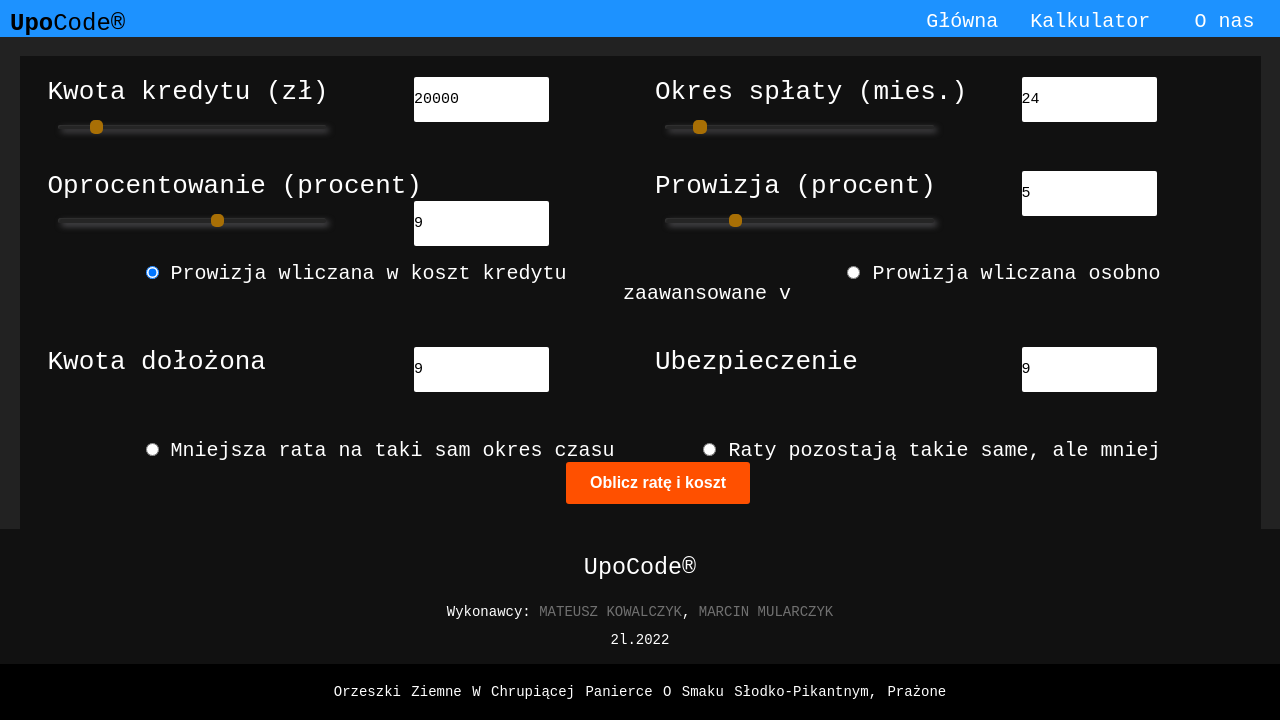
Repository: Klemingway/egzamin
Page: kalkulator.html
The author's editor kept a copy of each file at every save. The page is drawn from the files as they stood at one save, then again after the next save.
The browser window is 1280 px wide. The pictures show the whole page.

Above is the page before, as saved 2023-01-25 12:19:59.

### kalkulator.html
<!DOCTYPE html>
<html lang="pl">

<head>
    <meta charset="UTF-8">
    <meta http-equiv="X-UA-Compatible" content="IE=edge">
    <meta name="viewport" content="width=device-width, initial-scale=1.0">
    <link rel="stylesheet" href="style/styl.css">
    <link rel="shortcut icon" href="img/ikonna.png" type="image/x-icon">
    <script src="js/script.js"></script>
    <title>Bankowy</title>
</head>
<header>

    <div id="hod">
        <a style="text-decoration: none;color: white;" href="index.html">Główna</a>
        <a style="text-decoration: none;color: white;" href="kalkulator.html">Kalkulator</a> &puncsp;
        <div id="hod1"><a style="text-decoration: none; color: white;" href="bl.html">O nas</a></div>
    </div>
    <div id="hzd">
        <b>Upo</b>Code®
    </div>
</header>

<div id="gl">

    <div id="d1" class="d">
        Kwota kredytu (zł)
        <input type="text" name="kwota" pattern="[0-9]" id="kwota" class="wej" value="20000" onchange="document.getElementById('r1').value = this.value/1000"><br>
        <input type="range" min="1" max="150" value="20" id="r1" class="slider" oninput="document.getElementById('kwota').value = this.value*1000; ">
    </div>

    <div id="d2" class="d">
        Okres spłaty (mies.)
        <input type="text" name="splata" pattern="[0-9]" id="splata" class="wej" value="24" onchange="document.getElementById('r2').value = this.value"><br>
        <input type="range" min="12" max="120" value="24" id="r2" class="slider" oninput="document.getElementById('splata').value = this.value;">
    </div>


    <div id="d3" class="d">
        Oprocentowanie (procent)
        <input type="text" name="splata" pattern="[0-9]" id="oproc" class="wej" value="9" onchange="document.getElementById('r3').value = this.value*100"><br>
        <input type="range" min="1" max="1500" value="900" id="r3" class="slider" oninput="document.getElementById('oproc').value = this.value/100;">
    </div>

    <div id="d4" class="d">
        Prowizja (procent)
        <input type="text" name="prowiz" pattern="[0-9]" id="prowiz" class="wej" value="5" onchange="document.getElementById('r4').value = this.value"><br>
        <input type="range" min="0" max="20" value="5" id="r4" class="slider" oninput="document.getElementById('prowiz').value = this.value;">
    </div>

    <div id="d5" class="dradio">
        <label class="l1">
        <input type="radio" checked name="choice" value="wariant1" class="radio"> Prowizja wliczana w koszt kredytu
        </label>
        <label class="l2">
            <input type="radio" name="choice" value="wariant2" class="radio">
            Prowizja wliczana osobno
        </label>
    </div>
    <br>
    <div id="d6">
        <a onclick="zaawansowane()" style="margin-bottom: 100px;">zaawansowane v</a>
    </div>
    <div id="d8" class="d">
        Kwota dołożona
        <input type="text" name="kwotadodana" pattern="[0-9]" id="kwotadodana" class="wej" value="9">
    </div>
    <div id="d9" class="d">
        Ubezpieczenie
        <input type="text" name="ubezpieczenie" pattern="[0-9]" id="ubezpieczenie" class="wej" value="9">
    </div>
    <div id="d10" class="dradio">
        <label class="l1">
            <input type="radio" name="choice2" class="radio" value="rat_tyle_samo">
            Mniejsza rata na taki sam okres czasu
        </label>
        <label class="l2">
            <input type="radio" name="choice2" class="radio" value="rat_mniej">
            Raty pozostają takie same, ale mniej
        </label>
    </div>
    <div id="d7">
        <input type="button" id="guzik" value="Oblicz ratę i koszt" onclick="test()">
    </div>

</div>
<!-- <div id="wyniki">

</div> -->



<footer>
    <div id="zawfoot">
        <h3>UpoCode®</h3>
        <p>Wykonawcy: <span>Mateusz Kowalczyk</span>, <span>Marcin Mularczyk</span><br>2l.2022</p>

    </div>
    <div class="dol">
        <p>Orzeszki ziemne w chrupiącej panierce o smaku słodko-pikantnym, prażone

        </p>
    </div>
</footer>

</body>

</html>

### style/styl.css
html,
body {
    padding: 0;
    margin: 0;
    font-family: monospace;
    background-color: #222222;
    overflow-x: hidden;
    min-height: 100%;
}

body::-webkit-scrollbar {
    width: 0.6em;
}

body::-webkit-scrollbar-track {
    -webkit-box-shadow: inset 0 0 6px rgba(0, 0, 0, 0.3);
}

body::-webkit-scrollbar-thumb {
    background-color: rgb(255, 136, 0);
}

body::-webkit-scrollbar-thumb:hover {
    background: rgba(255, 136, 0, 0.582);
}


/* header */

header {
    z-index: 5;
    text-decoration: none;
    padding-top: 0.5em;
    position: sticky;
    top: 0;
    height: 5vh;
    background-color: #1d92ff;
    width: 100vw;
    font-size: 20px;
}

#hzd {
    font-size: 1.2em;
    padding-left: 10px;
    background-color: #1d92ff;
}

#hod {
    float: right;
    word-spacing: 20px;
    margin-right: 2vw;
}

#hod1 {
    float: right;
    word-spacing: 0px;
}

#fw {
    position: relative;
    margin-top: 20px;
}


/* koniec headera */

#gl {
    padding-top: 1.5em;
    padding-left: 2em;
    padding-bottom: 2em;
    justify-content: center;
    background-color: #111111;
    color: white;
    margin: 1.5em;
    min-height: 20vh;
}


/* #d1 {
    background-color: aqua;
}

#d2 {
    background-color: brown;
}

#d3 {
    background-color: olive;
}

#d4 {
    background-color: orangered;
} */

#gll {
    background-color: #ff5000;
    width: 100%;
    height: auto;
    border: #ff5000 1px solid;
}

.dradio {
    font-size: 20px;
    padding-top: 5px;
    padding-left: 5em;
    padding-right: 5em;
    width: 100%;
    margin-bottom: 1em;
    /* background-color: gold; */
}

.l1 {
    float: left;
}

.l2 {
    float: right;
}

#d6 {
    font-size: 20px;
    padding-top: 5px;
    width: 100%;
    text-align: center;
    margin-bottom: 2em;
    /* background-color: rgb(0, 255, 115); */
}

#d7 {
    margin: 5px;
    display: flex;
    width: 100%;
    justify-content: center;
}

.d {
    word-wrap: break-word;
    font-size: 2em;
    padding: 2px;
    width: 50%;
    float: left;
    min-height: 13vh;
    padding-right: 4em;
}

#wyniki {
    min-height: 25em;
    margin-bottom: 3em;
}


/* wejscia wyjscia */

.wej {
    float: right;
    border-radius: 2px;
    outline: none;
    border: none;
    font-family: monospace;
    height: 3em;
    width: 9em;
    font-size: 15px;
}

.slider {
    margin: 10px;
    -webkit-appearance: none;
    outline: none;
    border-radius: 3px;
    height: 0.6vh;
    width: 21vw;
    background-color: rgb(37, 37, 37);
    box-shadow: 3px 3px 6px rgb(89, 88, 92), inset 1px 1px 1px #313131;
}

.slider::-webkit-slider-thumb {
    -webkit-appearance: none;
    width: 1em;
    height: 1em;
    cursor: pointer;
    background-color: rgb(168, 111, 5);
    overflow: visible;
    border-radius: 5px;
}

#guzik {
    display: inline-block;
    outline: none;
    cursor: pointer;
    font-weight: 600;
    border-radius: 3px;
    padding: 12px 24px;
    border: 0;
    color: #fff;
    background: #ff5000;
    line-height: 1.15;
    font-size: 16px;
}

#guzik:hover {
    transition: all .1s ease;
    box-shadow: 0 0 0 0 #fff, 0 0 0 3px #1d92ff;
}


/* footer */

footer {
    position: absolute;
    bottom: 0;
    width: 100%;
    left: 0;
    right: 0;
    background: #111;
    height: auto;
    width: 100vW;
    font-family: monospace;
    padding-top: 20px;
    color: white;
}

#zawfoot {
    display: flex;
    align-items: center;
    justify-content: center;
    flex-direction: column;
    text-align: center;
}

#zawfoot h3 {
    font-size: 1.8rem;
    font-weight: 400;
    text-transform: capitalize;
    line-height: 3rem;
}

#zawfoot p {
    max-width: 500px;
    margin: 10px auto;
    line-height: 28px;
    font-size: 14px;
}

* {
    margin: 0;
    padding: 0;
    box-sizing: border-box;
}

.dol {
    background: #000;
    width: 100vw;
    padding: 20px 0;
    text-align: center;
}

.dol p {
    font-size: 14px;
    word-spacing: 2px;
    text-transform: capitalize;
}

#zawfoot span {
    text-transform: uppercase;
    opacity: .4;
    font-weight: 200;
}


/* koniec footera */

@media (max-width: 650px) {
    .d {
        padding-right: 1em;
        width: 100%;
        padding-bottom: 0;
        margin-bottom: 1.5em;
    }
    .slider {
        width: 100%;
    }
    .wej {
        width: 100%;
    }
    #gl {
        padding: 1em;
    }
    footer {
        position: relative;
    }
    #d5 {
        text-align: center;
    }
}

### js/script.js




function zaokrongl(variable) {
    return Math.round(variable * 100) / 100;
}
document.addEventListener('mouseup', function(e) {
    if(e.target.id == "dwd"){
        zamknij();
    }
    else if(e.target.id == "dwd2"){
        zamknij1();
    }
});
function tableCreate2(splata, k, oprocentowanie, kwota, rata, prowizja, kwota_dodana) {
    console.log("kwota: " + kwota);
    //tu sie dzieje magia sztańska i wgl ale no uwu
    var a = document.getElementById("wyniki2");
    // czyszczenie diva
    a.innerHTML = '';
    //ustawiamy sobie stałą
    const wyniki = document.a,
    // do tej stałej tworzymy element div
    div = document.createElement('div');
    // ustawiamy id diva jako tabela
    div.setAttribute("id", "tabela");
    //tworzymy tabele
    tbl = document.createElement('table');
    // dopisujemy tabele do diva
    div.appendChild(tbl);
    tbl.style.width = '110px';
    tbl.style.border = '1px solid black';

    var odsetki = 0,   suma_odsetek = 0,    suma = 0;
    var kapital = 0,   suma = 0,            kwota_kredytu=0;

    var element1 = document.getElementById('advanced2');
    var choice2 = document.getElementsByName('choice2');
    if(element1!==null && choice2[1].checked==true){
        kwota_kredytu= kwota - kwota_dodana;
        console.log("kwota+kredytu: " + kwota_kredytu)
    }
    else{
        kwota_kredytu = kwota;
        console.log("kwota+kredytu: " + kwota_kredytu)
    }
    // prosta pętla myśle że nic nie trzeba tłumaczyć
    loop1:
    for (let i = 0; i <= splata; i++) {
        const tr = tbl.insertRow();
        loop2:
        for (let j = 0; j < 4; j++) {
            odsetki = (oprocentowanie / k) * kwota_kredytu;


            kapital = rata - odsetki;
            const td = tr.insertCell();
            if (i == 0 && j == 0) {
                td.appendChild(document.createTextNode("L.p."));
                td.style.fontSize = '20px';
            } else if (i == 0 && j == 1) {
                td.appendChild(document.createTextNode("Odsetki"));
                td.style.fontSize = '20px';
            } else if (i == 0 && j == 2) {
                td.appendChild(document.createTextNode("Kapitał"));
                td.style.fontSize = '20px';
            } else if (i == 0 && j == 3) {
                td.appendChild(document.createTextNode("Wysokość raty"));
                td.style.fontSize = '20px';
            }
            if (j == 0 && i != 0) {
                if(kapital>=rata){
                    break loop1;
                }
                td.appendChild(document.createTextNode(i));
            } else if (j == 1 && i != 0) {
                suma_odsetek += odsetki;
                td.appendChild(document.createTextNode(zaokrongl(odsetki)));
            } else if (j == 2 && i != 0) {
                kwota_kredytu -= kapital;
                td.appendChild(document.createTextNode(zaokrongl(kapital)));
            } else if (j == 3 && i != 0) {
                suma += rata;
                td.appendChild(document.createTextNode(rata));
            }
            td.style.border = '1px solid black';

        }
    }
    console.log("Suma: "+suma)
    console.log("Suma odsetek: "+suma_odsetek)
    a.appendChild(div);
}
function obliczanie(I,N,oprocentowanie,choice,n,zaplata,prowizja,suma,k,kwota_dodana){
    var choice2 = document.getElementsByName('choice2');

        // jeżeli wybrane żeby Prowizja wliczana w koszt kredytu to wtedy to się liczy
        if (choice[0].checked == true) {
            prowizja = (document.getElementById("prowiz").value) / 100;

            prowizja = prowizja * N;
            // doliczamy prowizję do kwoty kredytu
            N = N * 1 + prowizja;

            // jeżeli okres spłaty wynosi mniej niż 12 miesięcy to analogicznie w roku
            // zapłacimy równowartość tego okresu bo w roku mamy max 12 rat
            k = 12;
            if (n < 12) {
                k = n;
            }
            for (var i = 1; i <= n; i++) {
                // no to tutaj przepisany wzór z matematycznego na kodowanie
                suma += Math.pow((1 + (oprocentowanie / k)), -i);
            }
            // tutaj jest licznik podzielony przez mianownik
            I = N / suma;
            // mnożymy naszą ratę razy ilość rat aby otrzymać ile będziemy musieli oddać bankowi
            zaplata = I * n;
            console.log("N: " + N)

            tableCreate2(n, k, oprocentowanie, N, zaokrongl(I), prowizja,kwota_dodana)
            document.getElementById("wyniki").innerHTML = "Wysokość raty: " + zaokrongl(I) + "<br>" +
                "Całkowita kwota do spłaty: " + zaokrongl(zaplata);

        // jeżeli wybrane żeby Prowizja wliczana osobno to wtedy to się liczy
        } else if (choice[1].checked == true) {
            prowizja = (document.getElementById("prowiz").value) / 100;
            prowizja = prowizja * N;
            // jeżeli okres spłaty wynosi mniej niż 12 miesięcy to analogicznie w roku zapłacimy równowartość tego okresu bo w roku mamy max 12 rat
            k = 12;
            if (n < 12) {
                k = n;
            }
            for (var i = 1; i <= n; i++) {
                // no to tutaj przepisany wzór z matematycznego na kodowanie
                suma += Math.pow((1 + (oprocentowanie / k)), -i);
            }
            // tutaj jest licznik podzielony przez mianownik
            I = N / suma;
            // mnożymy naszą ratę razy ilość rat aby otrzymać ile będziemy musieli oddać bankowi
            zaplata = I * n;
            // doliczamy prowizję po wszystkich obliczeniach
            zaplata = zaplata + prowizja;
            console.log("N: " + N)
            tableCreate2(n, k, oprocentowanie, N, zaokrongl(I), prowizja,kwota_dodana)
            document.getElementById("wyniki").innerHTML = "Wysokość raty: " + zaokrongl(I) + "<br>" +
                "Całkowita kwota do spłaty: " + zaokrongl(zaplata);
        }
        else{
            console.log("wda")
        }
        document.getElementById("dwd").style.backdropFilter = "blur(7px)";
        document.getElementById("wyniki").innerHTML += "<br><input type=\"button\" id='guzior1' onclick=\"pokaz()\" value=\"pokaż harmonogram rat\">";

}
function test() {
    document.getElementById("wyniki").style.visibility = "visible"; // a to to nwm pan mularczyk robił
    var I, N, oprocentowanie, k, n, suma = 0, zaplata, prowizja = 0;

    N = document.getElementById("kwota").value; // kwota kredytu
    oprocentowanie = document.getElementById("oproc").value/100; // oprocentowanie kredytu
    n = document.getElementById("splata").value; // okres splaty

    var choice = document.getElementsByName('choice');

    //////////////////////////////////////
    //                                  //
    // sprawdzenie czy jest rozwinięte  //
    //                                  //
    //////////////////////////////////////

    var element1 = document.getElementById('advanced2');
    var element2 = document.getElementById('advanced2');
    if(element1 !== null  && element2 !== null){
        var kwota_dodana = document.getElementById("kwotaDodana").value;
        var choice2 = document.getElementsByName('choice2'); // zaawansowane
        if(choice2[0].checked == true){
            console.log(kwota_dodana + "  " + "tyle samo rat ale mniejsza cena")
            //////////////////////////////////////////
            //                                      //
            //    tyle samo rat ale mniejsza cena   //
            //                                      //
            //////////////////////////////////////////
            N -= kwota_dodana;
            console.log("Nigger: " + N)
            obliczanie(I,N,oprocentowanie,choice,n,zaplata,prowizja,suma,k,kwota_dodana);

        }
        if(choice2[1].checked == true){
            console.log(kwota_dodana + "  " + "Mniej rat, po tej samej cenie raty")
            //////////////////////////////////////////
            //                                      //
            //  Mniej rat, po tej samej cenie raty  //
            //                                      //
            //////////////////////////////////////////


            obliczanie(I,N,oprocentowanie,choice,n,zaplata,prowizja,suma,k,kwota_dodana);
        }


    }
    else{
        obliczanie(I,N,oprocentowanie,choice,n,zaplata,prowizja,suma,k);
    }

}

function pokaz() {
    document.getElementById("dwd").style.visibility = "visible";
}

function zamknij() {
    document.getElementById("dwd").style.visibility = "hidden";
}
function pokaz1() {
    document.getElementById("dwd2").style.backdropFilter = "blur(7px)";
    document.getElementById("dwd2").style.visibility = "visible";
}

function zamknij1() {
    document.getElementById("dwd2").style.visibility = "hidden";
}

function zaawansowane(){
    var element = document.getElementById('advanced2');
    if(element === null){
        var a = document.getElementById("tabelka");
        const wyniki = document.a,
        /////////////////////////////////////////
        //                                     //
        //          input text kwata           //
        //                                     //
        /////////////////////////////////////////
        trA = document.createElement('tr');
        trA.setAttribute("id","advancedText");
        trA.setAttribute('style','position:relative; padding-top:200px; height:40px;')


        tdA = document.createElement('td');
        tdB = document.createElement('td');

        inputA = document.createElement('input');
        inputA.setAttribute('type','text');
        inputA.setAttribute('id','kwotaDodana');

        tdA.innerHTML += "Kwota dołożona";
        tdB.appendChild(inputA);
        trA.appendChild(tdA);
        trA.appendChild(tdB);
        a.appendChild(trA);

        tdA = document.createElement('td');
        tdB = document.createElement('td');

        inputA = document.createElement('input');
        inputA.setAttribute('type','text');
        inputA.setAttribute('id','ubezpieczenie');

        tdA.innerHTML += "Ubezpieczenie";
        tdB.appendChild(inputA);
        trA.appendChild(tdA);
        trA.appendChild(tdB);

        //a.appendChild(trB);
        a.appendChild(trA);

        /////////////////////////////////////////
        //                                     //
        //            inputy radio             //
        //                                     //
        /////////////////////////////////////////

        tr2 = document.createElement('tr');
        tr2.setAttribute("id", "advanced2");
        td1 = document.createElement('td');
        td1.setAttribute("colspan", "2");
        td1.setAttribute('style','text-align:center;');
        //style="text-align: center;"
        br = document.createElement('br');

        label1 = document.createElement('label');
        input1 = document.createElement('input');
        input1.setAttribute('type','radio');
        input1.setAttribute('name','choice2');
        input1.setAttribute('class','radio');
        input1.setAttribute('value','rat_mniej');

        label1.appendChild(input1);
        label1.innerHTML += ' Raty pozostają takie same, ale mniej';

        td2 = document.createElement('td');
        td2.setAttribute("colspan", "2");
        td2.setAttribute('style','text-align:center;');
        label2 = document.createElement('label');
        input2 = document.createElement('input');
        input2.setAttribute('type','radio');
        input2.setAttribute('name','choice2');
        input2.setAttribute('class','radio');
        input2.setAttribute('value','rat_tyle_samo');


        label2.appendChild(input2);
        label2.innerHTML += ' Mniejsza rata na taki sam okres czasu';


        td1.appendChild(br);
        td1.appendChild(label1);

        td2.appendChild(br);
        td2.appendChild(label2);

        tr2.appendChild(td2);
        tr2.appendChild(td1);

        a.appendChild(tr2);

        clicked = false;
    }
    else{
        var elem = document.getElementById("advanced2");
        elem.parentNode.removeChild(elem);
        elem = document.getElementById("advancedText");
        elem.parentNode.removeChild(elem);
    }
}

After the next save:
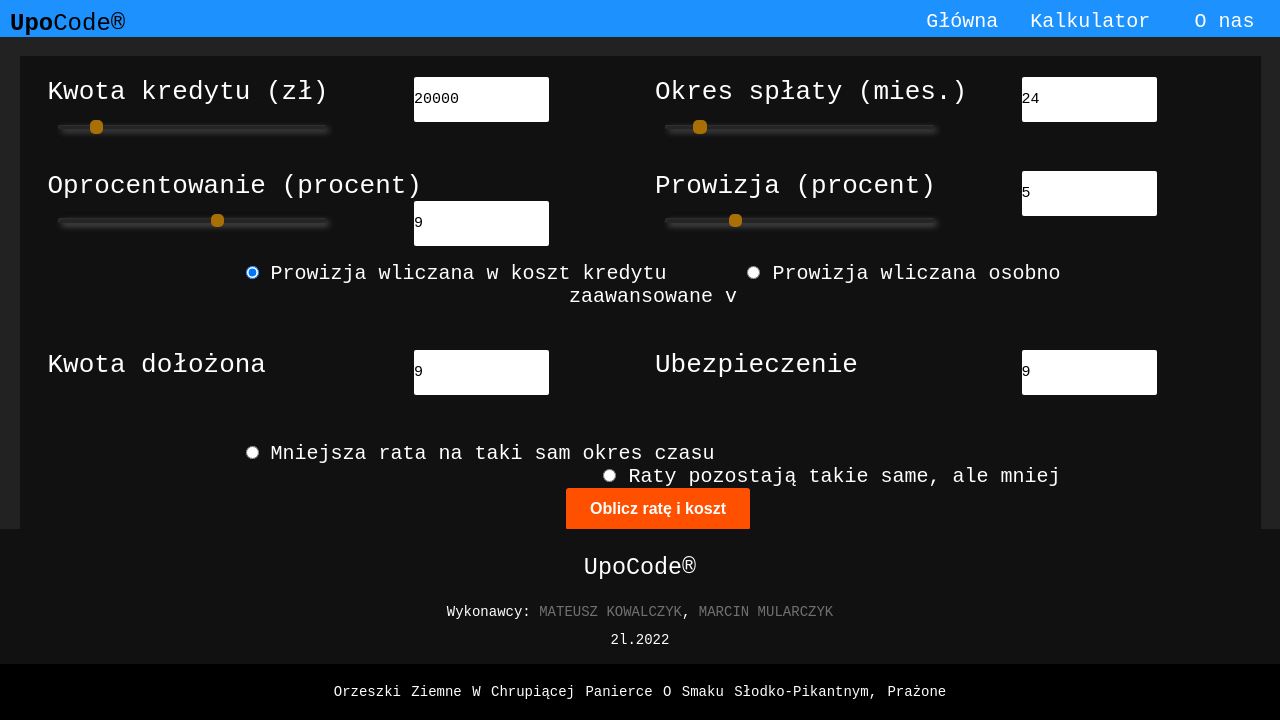
Saved 13 s later.
--- a/style/styl.css
+++ b/style/styl.css
@@ -102,8 +102,8 @@ header {
 .dradio {
     font-size: 20px;
     padding-top: 5px;
-    padding-left: 5em;
-    padding-right: 5em;
+    padding-left: 10em;
+    padding-right: 10em;
     width: 100%;
     margin-bottom: 1em;
     /* background-color: gold; */
